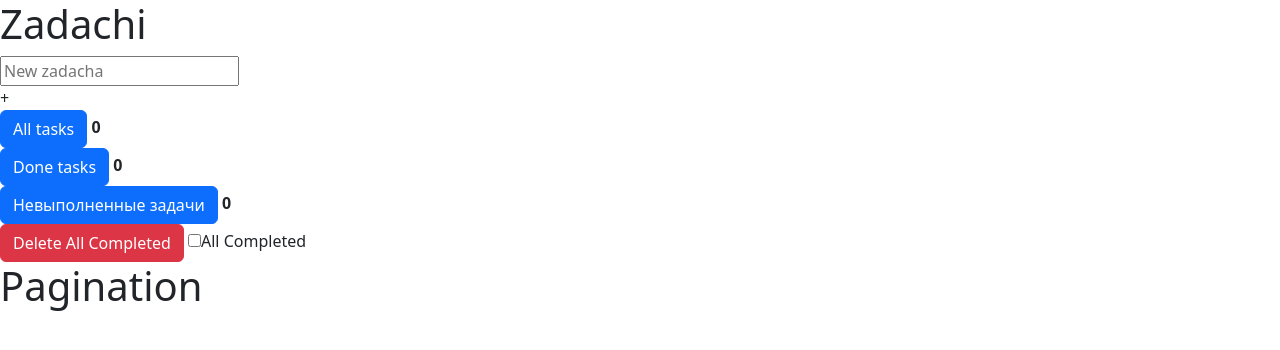
Repository: MaximIshkhanov/todo
Page: index.html
The author's editor kept a copy of each file at every save. The page is drawn from the files as they stood at one save, then again after a run of saves.
The browser window is 1280 px wide. The pictures show the whole page.
The page's requests for data from a server got no answer.

Above is the page before, as saved 2024-08-01 16:59:05.

After the next 5 saves:
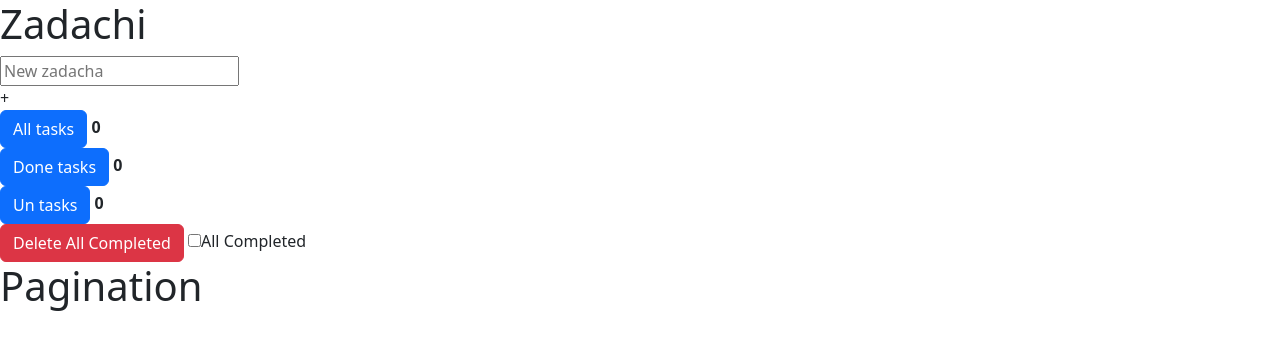
The 5 saves are shown as one change because they came seconds apart.
The last was saved 24 s later.
--- a/index.html
+++ b/index.html
@@ -24,7 +24,7 @@
                 <strong id="completed-tasks-counter" >0</strong>
             </div>
             <div>
-                <button id="uncompleted-tasks-button" class="btn btn-primary">Невыполненные задачи</button>
+                <button id="uncompleted-tasks-button" class="btn btn-primary">Un tasks</button>
                 <strong id="uncompleted-tasks-counter">0</strong>
             </div>
             <div>
